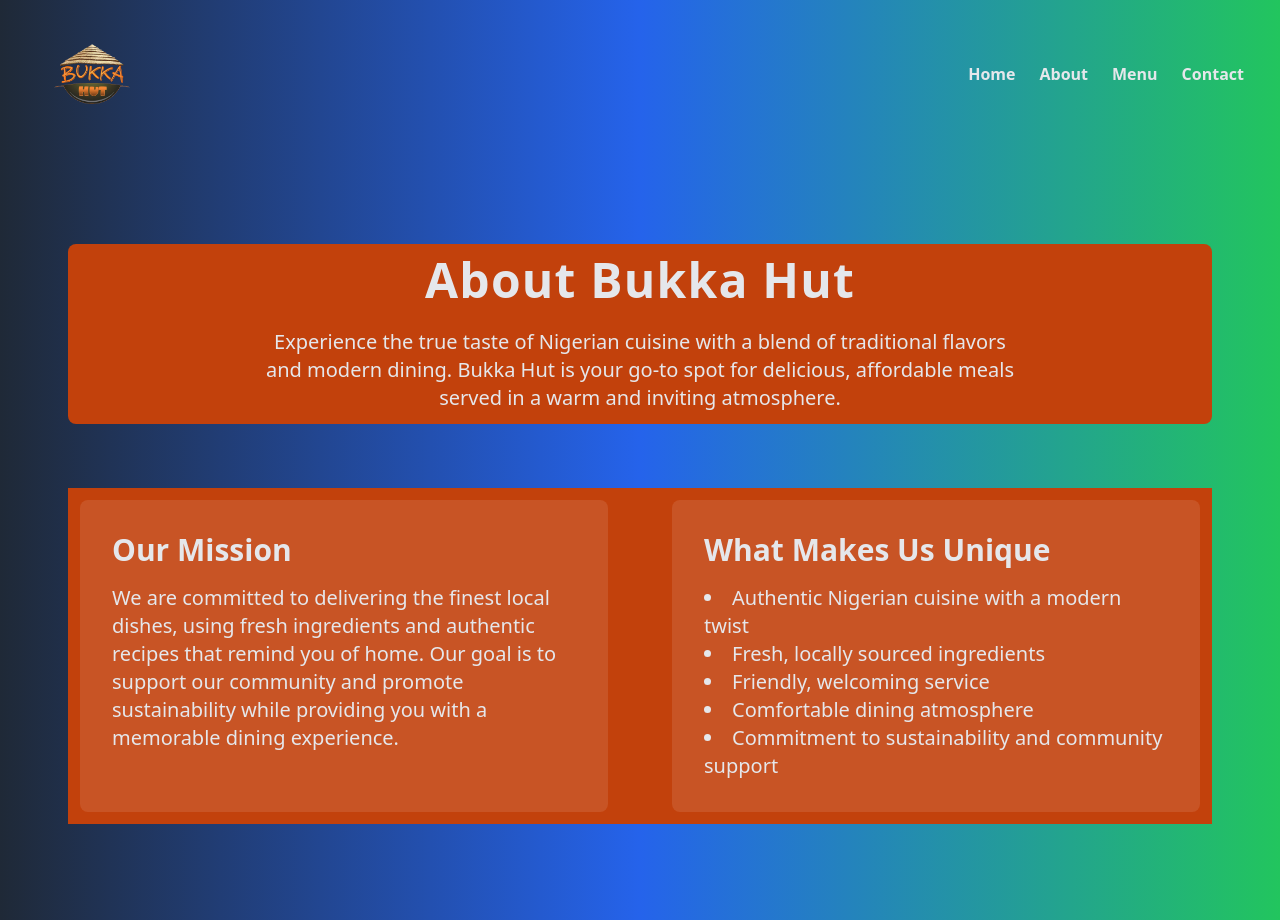
Repository: countaustin1990/BUKKAHUT
Page: About.html
These files come from the project's save history. The page is drawn as it stood at one moment and after the next save; the edit follows.
The browser window is 1280 px wide. The pictures show the whole page.
Some web libraries are served in a nearby version.

Above is the page before, as saved 2024-08-25 01:48:21.
Console error: TypeError: Cannot read properties of null (reading 'addEventListener')

### About.html
<!DOCTYPE html>
<html lang="en">

<head>
  <meta charset="UTF-8">
  <meta name="viewport" content="width=device-width, initial-scale=1.0">
  <title>About Bukka Hut</title>
  <script src="https://cdn.tailwindcss.com"></script>
  <style>
    /* Custom styles for advanced UI/UX */
    .fade-in {
      animation: fadeIn 1.5s ease-in-out forwards;
      opacity: 0;
    }

    @keyframes fadeIn {
      to {
        opacity: 1;
      }
    }

    .hover:after {
      content: '';
      position: absolute;
      width: 100%;
      height: 100%;
      top: 0;
      left: 0;
      background: rgba(0, 0, 0, 0.1);
      opacity: 0;
      transition: opacity 0.3s ease;
    }

    .hover:hover:after {
      opacity: 1;
    }
  </style>
</head>

<body class="bg-gray-100">

         <!-- Navigation -->
  <nav class="shadow-md bg-gradient-to-r from-gray-800 via-blue-600 to-green-500 text-gray-200 p-5">
    <div class="container mx-auto px-4 py-2 flex items-center justify-between">
      <div class="text-2xl font-bold text-blue-600">
        <a href="#" class="flex flex-col lg:flex-row items-center lg:space-x-8 p-4">
          <img src="Logo-r.png" alt="Bukka Hut" width="80">
          </a>
      </div>
      <div class="hidden md:flex space-x-6">
        <a href="index.html" class="text-gray-200 hover:text-orange-700 font-bold">Home</a>
        <a href="About.html" class="text-gray-200 hover:text-orange-700 font-bold">About</a>
        <a href="Menu.html" class="text-gray-200 hover:text-orange-700 font-bold">Menu</a>
        <a href="./Contact.main.html" class="text-gray-200 hover:text-orange-700 font-bold">Contact</a>
      </div>
      <div class="md:hidden">
        <button id="menu-button" class="text-white focus:outline-none">
          <svg xmlns="http://www.w3.org/2000/svg" fill="none" viewBox="0 0 24 24" stroke="currentColor" class="w-6 h-6">
            <path stroke-linecap="round" stroke-linejoin="round" stroke-width="2" d="M4 6h16M4 12h16M4 18h16" />
          </svg>
        </button>
      </div>
    </div>

    <!-- Mobile Menu -->
    <div id="mobile-menu" class="hidden md:hidden bg-gray-900 shadow-md">
      <a href="test.html" class="block px-4 py-2 text-white hover:bg-orange-600">Home</a>
      <a href="./About.html" class="block px-4 py-2 text-white hover:bg-orange-600">About</a>
      <a href="./Menu.html" class="block px-4 py-2 text-white hover:bg-orange-600">Menu</a>
      <a href="./Contact.main.html" class="block px-4 py-2 text-white hover:bg-orange-600">Contact</a>
    </div>
  </nav>
  <section class="py-16 lg:py-24 bg-gradient-to-r from-gray-800 via-blue-600 to-green-500 text-gray-200 p-5">
    <div class="container mx-auto px-6 lg:px-12 fade-in">
      <div class="text-center mb-16 bg-orange-700 p-3 rounded-lg">
        <h2 class="text-5xl font-bold tracking-wide">About Bukka Hut</h2>
        <p class="mt-6 max-w-3xl mx-auto text-lg lg:text-xl">
          Experience the true taste of Nigerian cuisine with a blend of traditional flavors and modern dining. Bukka Hut is your go-to spot for delicious, affordable meals served in a warm and inviting atmosphere.
        </p>
      </div>
      <div class="grid md:grid-cols-2 gap-12 lg:gap-16 bg-orange-700 p-3 rouned-lg">
        <div class="hover relative bg-white bg-opacity-10 rounded-lg p-8 transition duration-500 transform hover:-translate-y-1 hover:shadow-lg">
          <h3 class="text-3xl font-semibold">Our Mission</h3>
          <p class="mt-4 text-lg lg:text-xl">
            We are committed to delivering the finest local dishes, using fresh ingredients and authentic recipes that remind you of home. Our goal is to support our community and promote sustainability while providing you with a memorable dining experience.
          </p>
        </div>
        <div class="hover relative bg-white bg-opacity-10 rounded-lg p-8 transition duration-500 transform hover:-translate-y-1 hover:shadow-lg">
          <h3 class="text-3xl font-semibold">What Makes Us Unique</h3>
          <ul class="mt-4 text-lg lg:text-xl list-disc list-inside">
            <li>Authentic Nigerian cuisine with a modern twist</li>
            <li>Fresh, locally sourced ingredients</li>
            <li>Friendly, welcoming service</li>
            <li>Comfortable dining atmosphere</li>
            <li>Commitment to sustainability and community support</li>
          </ul>
        </div>
      </div>
    </div>
  </section>


<script src="main.js"></script>
</body>

</html>

### main.js
const menuButton = document.getElementById('menu-button');
const mobileMenu = document.getElementById('mobile-menu');

menuButton.addEventListener('click', () => {
  mobileMenu.classList.toggle('hidden');
});

// Animate the scroll
const scrollContainer = document.querySelector('.animate-scroll');

function startScrolling() {
  const width = scrollContainer.scrollWidth;
  scrollContainer.style.animation = `scroll ${width / 100}s linear infinite`;
}

// Start the scroll animation once the DOM is fully loaded
window.addEventListener('load', startScrolling);

document.addEventListener("DOMContentLoaded", function() {
  function toggleText(buttonId, textId) {
    const button = document.getElementById(buttonId);
    const text = document.getElementById(textId);
    button.addEventListener("click", function(event) {
      event.preventDefault();
      if (text.classList.contains("hidden")) {
        text.classList.remove("hidden");
        button.textContent = "Read Less";
      } else {
        text.classList.add("hidden");
        button.textContent = "Read More";
      }
    });
  }

  toggleText("toggleButton4", "moreText4");
  toggleText("toggleButton1", "moreText1");
  toggleText("toggleButton2", "moreText2");
  toggleText("toggleButton3", "moreText3");
});


// JavaScript to handle "Back to Top" button visibility and functionality
const backToTopButton = document.getElementById('backToTop');

// Show button when scrolled down 100px from the top
window.addEventListener('scroll', () => {
  if (window.scrollY > 100) {
    backToTopButton.classList.remove('hidden');
  } else {
    backToTopButton.classList.add('hidden');
  }
});

// Smooth scroll to top when button is clicked
backToTopButton.addEventListener('click', () => {
  window.scrollTo({
    top: 0,
    behavior: 'smooth'
  });
});

//SEO script
  document.getElementById('searchButton').addEventListener('click', function () {
            const searchQuery = document.getElementById('searchInput').value.toLowerCase();
            const menuItems = document.querySelectorAll('#menuItems li');
            const resultsList = document.getElementById('resultsList');
            resultsList.innerHTML = '';

            menuItems.forEach(function (item) {
                if (item.textContent.toLowerCase().includes(searchQuery)) {
                    const li = document.createElement('li');
                    li.textContent = item.textContent;
                    li.classList.add('p-2', 'bg-gray-800', 'rounded-lg', 'mt-2');
                    resultsList.appendChild(li);
                }
            });

            if (resultsList.innerHTML === '') {
                resultsList.innerHTML = '<li class="p-2 bg-gray-800 rounded-lg mt-2">No results found</li>';
            }
        });

        document.getElementById('searchInput').addEventListener('keypress', function (e) {
            if (e.key === 'Enter') {
                document.getElementById('searchButton').click();
            }
        });

After the next save:
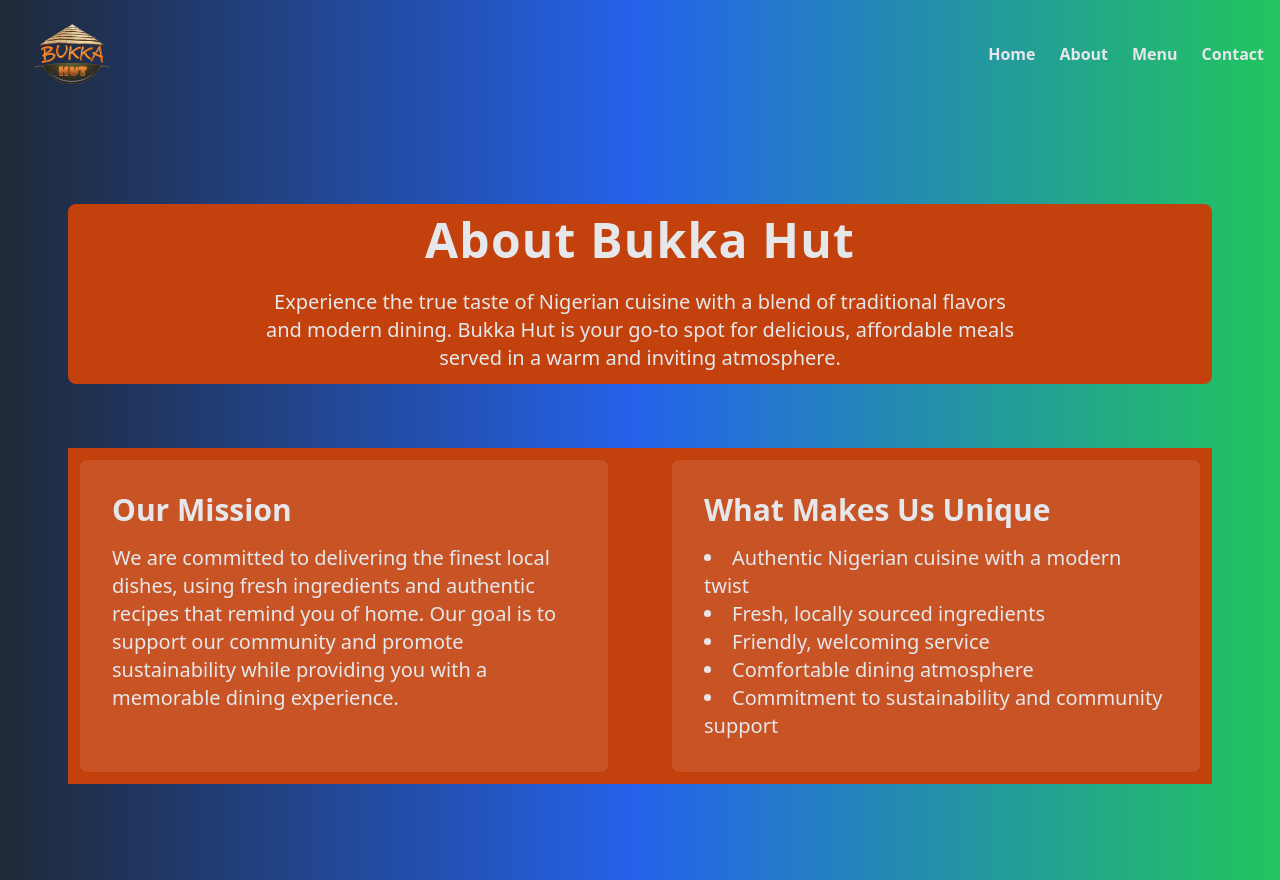
Saved 26 s later.
--- a/About.html
+++ b/About.html
@@ -40,7 +40,7 @@
 <body class="bg-gray-100">
 
          <!-- Navigation -->
-  <nav class="shadow-md bg-gradient-to-r from-gray-800 via-blue-600 to-green-500 text-gray-200 p-5">
+  <nav class="shadow-md bg-gradient-to-r from-gray-800 via-blue-600 to-green-500 text-gray-200">
     <div class="container mx-auto px-4 py-2 flex items-center justify-between">
       <div class="text-2xl font-bold text-blue-600">
         <a href="#" class="flex flex-col lg:flex-row items-center lg:space-x-8 p-4">
